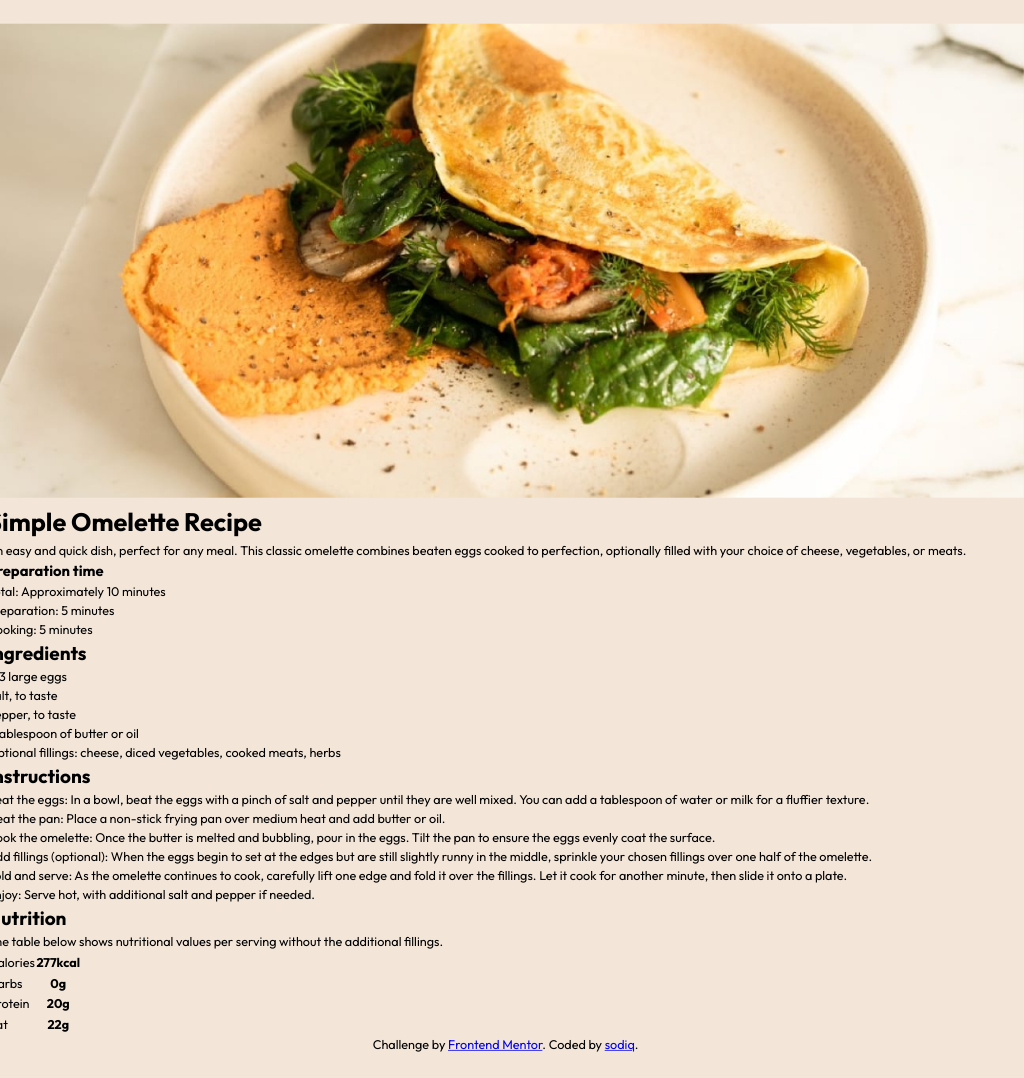
Repository: sodmaq/recipe-page-
Page: index.html
An editor plug-in stored every save of this project. The page is shown before and after the next save, followed by the edit.
The browser window is 1280 px wide. The page is 1296 px wide, so the pictures cover 1296 px, including what lies to the right of the window. The pictures show the whole page, at 79% of full size.

Above is the page before, as saved 2024-09-08 04:19:58.

After the next save:
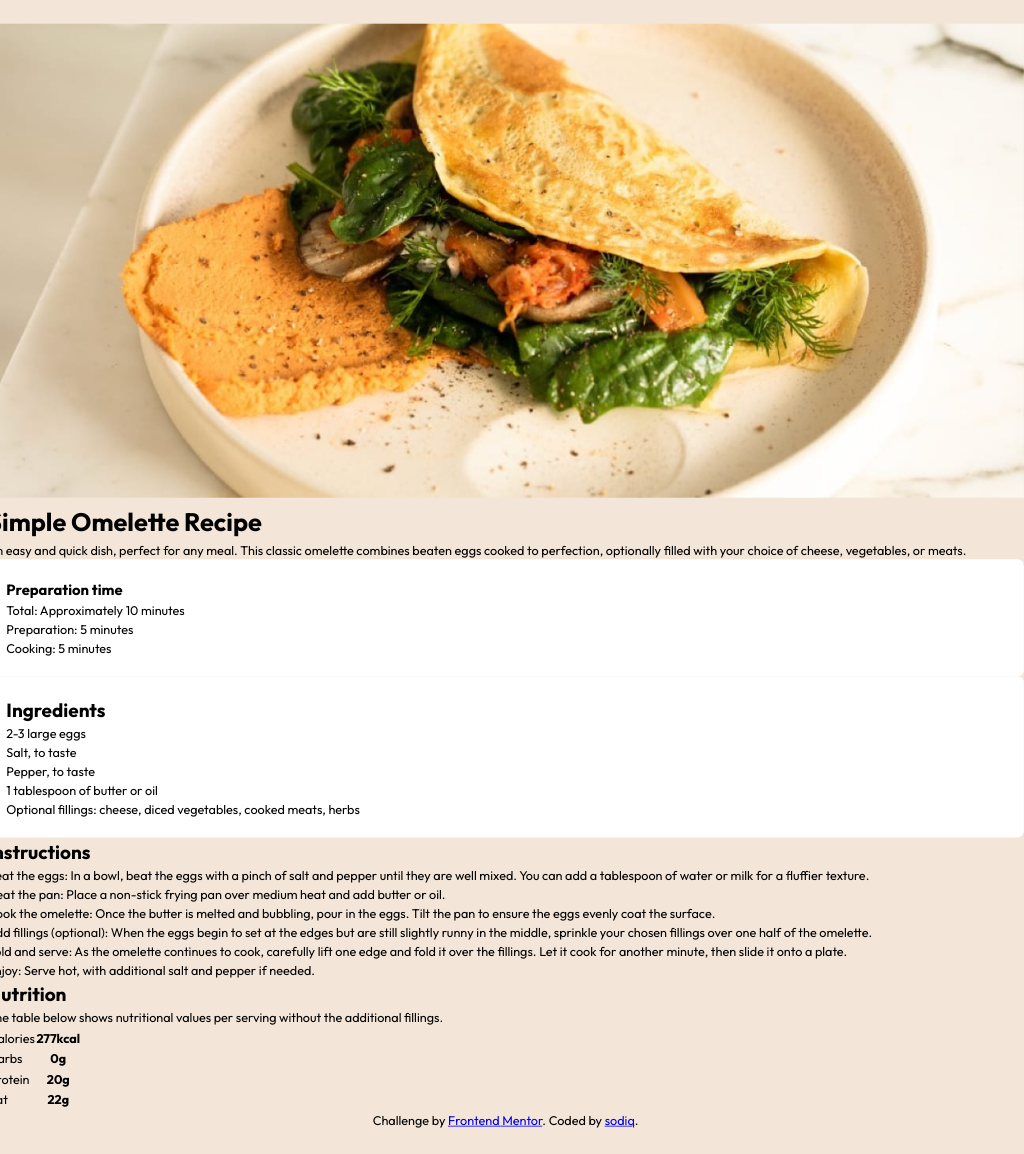
Saved 15 s later.
--- a/style.css
+++ b/style.css
@@ -28,4 +28,9 @@ body {
   flex-direction: column;
   line-height: 1.5;
 }
-.preparation-section {
+.preparation-section,
+.ingredients {
+  background-color: var(--White-color);
+  padding: 1.5rem;
+  border-radius: 0.5rem;
+}
